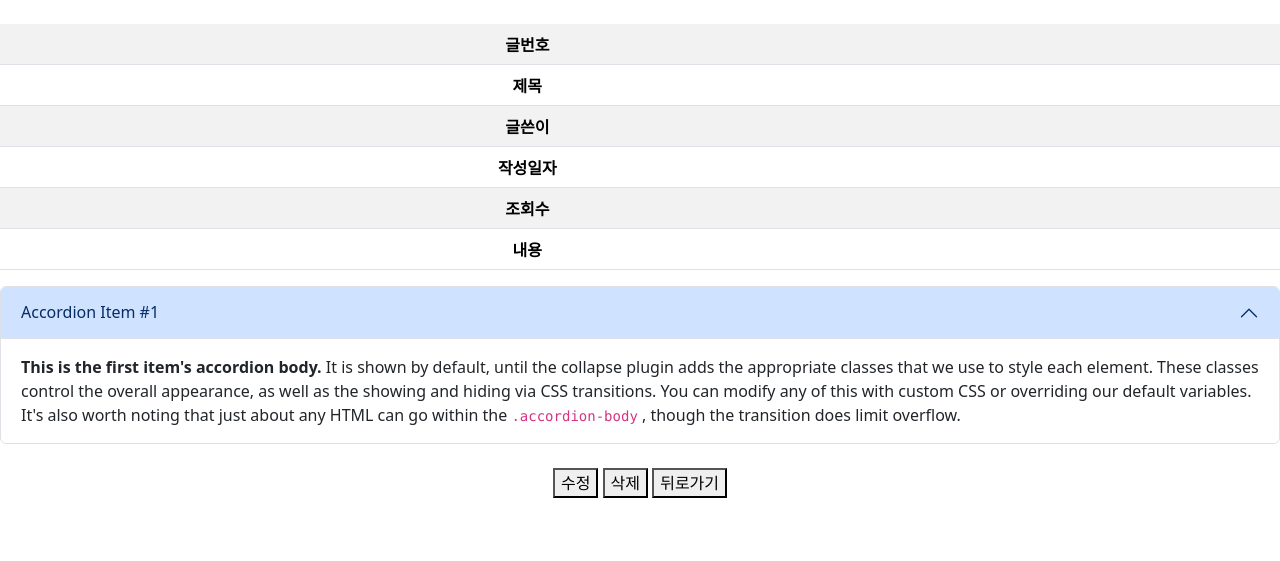
Repository: sujeong1799/JSP
Page: http://localhost/jsp_project/board/detail.jsp
An editor plug-in stored every save of this project. The page is shown before and after the next save, followed by the edit.
The browser window is 1280 px wide. The pictures show the whole page.
The page is served by Tomcat 9. Other server files are loaded and not shown. The template is opened directly, without the code that normally fills it, so the values that code supplies are empty.

Above is the page before, as saved 2023-05-19 02:12:10.

### jsp_project2/jsp_project/src/main/webapp/board/detail.jsp
<%@ page language="java" contentType="text/html; charset=UTF-8"
	pageEncoding="UTF-8"%>
<link
	href="https://cdn.jsdelivr.net/npm/bootstrap@5.3.0-alpha3/dist/css/bootstrap.min.css"
	rel="stylesheet"
	integrity="sha384-KK94CHFLLe+nY2dmCWGMq91rCGa5gtU4mk92HdvYe+M/SXH301p5ILy+dN9+nJOZ"
	crossorigin="anonymous">
<script
	src="https://cdn.jsdelivr.net/npm/bootstrap@5.3.0-alpha3/dist/js/bootstrap.bundle.min.js"
	integrity="sha384-ENjdO4Dr2bkBIFxQpeoTz1HIcje39Wm4jDKdf19U8gI4ddQ3GYNS7NTKfAdVQSZe"
	crossorigin="anonymous"></script>
<!DOCTYPE html>
<html>
<head>
<meta charset="UTF-8">
<title>detail</title>
</head>
<body>

	<br>
	<table class="table table-striped">
		<tr align="center">
			<th>글번호</th>
			<td>${bvo.bno }</td>
		</tr>
		<tr align="center">
			<th>제목</th>
			<td>${bvo.title }</td>
		</tr>
		<tr align="center">
			<th>글쓴이</th>
			<td>${bvo.writer }</td>
		</tr>
		<tr align="center">
			<th>작성일자</th>
			<td>${bvo.reg_date }</td>
		</tr>
		<tr align="center">
			<th>조회수</th>
			<td>${bvo.count }</td>
		</tr>
		<tr align="center">
			<th>내용</th>
			<td>${bvo.content }</td>
		</tr>
	</table>
	<div>
		<div class="accordion" id="accordionExample">
			<div class="accordion-item">
				<h2 class="accordion-header" id="headingOne">
					<button class="accordion-button" type="button"
						data-bs-toggle="collapse" data-bs-target="#collapseOne"
						aria-expanded="true" aria-controls="collapseOne">
						Accordion Item #1</button>
				</h2>
				<div id="collapseOne" class="accordion-collapse collapse show"
					aria-labelledby="headingOne" data-bs-parent="#accordionExample">
					<div class="accordion-body">
						<strong>This is the first item's accordion body.</strong> It is
						shown by default, until the collapse plugin adds the appropriate
						classes that we use to style each element. These classes control
						the overall appearance, as well as the showing and hiding via CSS
						transitions. You can modify any of this with custom CSS or
						overriding our default variables. It's also worth noting that just
						about any HTML can go within the
						<code>.accordion-body</code>
						, though the transition does limit overflow.
					</div>
				</div>
			</div>
		</div>
	</div>

	<br>
	<div align="center">
		<a href="/brd/modify?bno=${bvo.bno }"><button type="submit">수정</button></a>
		<a href="/brd/remove?bno=${bvo.bno }"><button type="submit">삭제</button></a>
		<a href="/brd/list"><button>뒤로가기</button></a>
	</div>
</body>
</html>

After the next save:
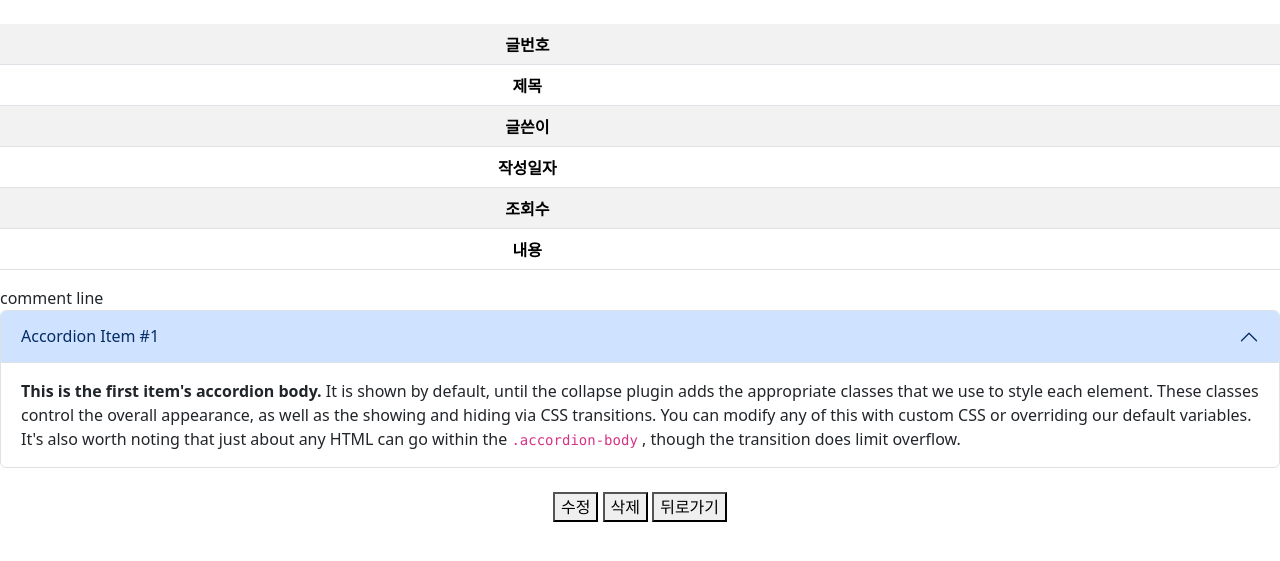
Saved 12 s later.
--- a/jsp_project2/jsp_project/src/main/webapp/board/detail.jsp
+++ b/jsp_project2/jsp_project/src/main/webapp/board/detail.jsp
@@ -45,6 +45,7 @@
 		</tr>
 	</table>
 	<div>
+	comment line<br>
 		<div class="accordion" id="accordionExample">
 			<div class="accordion-item">
 				<h2 class="accordion-header" id="headingOne">
